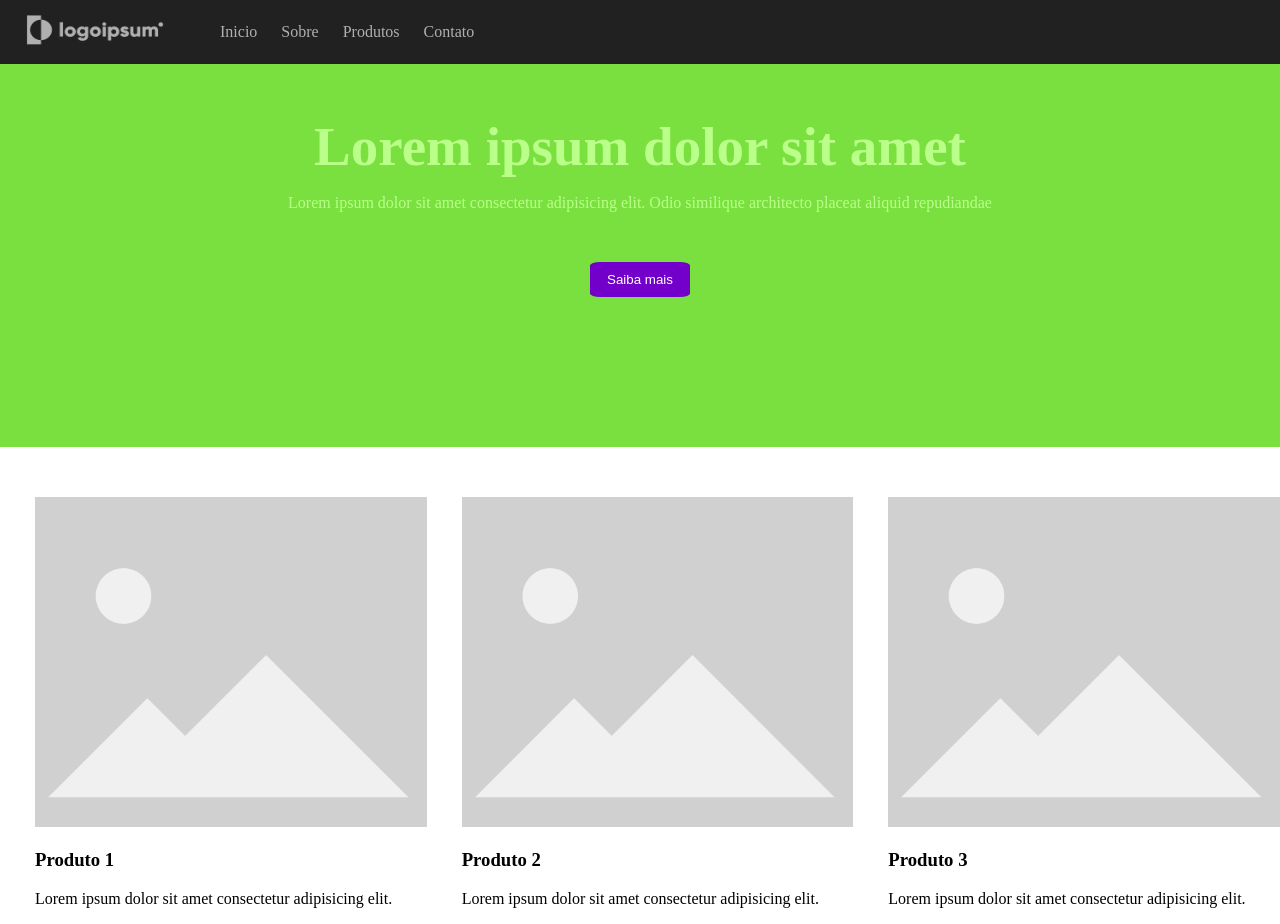
Repository: Carolden/SiteCrie_Ti
Page: index.html
The author's editor kept a copy of each file at every save. The page is drawn from the files as they stood at one save, then again after the next save.
The browser window is 1280 px wide. The pictures show the whole page.

Above is the page before, as saved 2023-04-23 21:05:35.

### index.html
<!DOCTYPE html>
<html lang="pt-BR">
<head>
    <meta charset="UTF-8">
    <meta http-equiv="X-UA-Compatible" content="IE=edge">
    <meta name="viewport" content="width=device-width, initial-scale=1.0">
    <title>Document</title>
    <link rel="stylesheet" type="text/css" href="index.css" media="screen" />
</head>
<body>

    <header>
        <div>
            <img src="images/logo.png" alt="logo" class="logo">
        </div>
        <nav>
            <a href="inicio">Inicio</a>
            <a href="sobre">Sobre</a>
            <a href="produtos">Produtos</a>
            <a href="contato">Contato</a>
        </nav>
    </header>

    <main>

    <section class="banner">
        <h1>Lorem ipsum dolor sit amet</h1>
        <p>Lorem ipsum dolor sit amet consectetur adipisicing elit. Odio similique architecto placeat aliquid repudiandae</p>
        <button>Saiba mais</button>
    </section>

    <section class="produtos">
        <div class="row">
            <div class="column">
                <img src="images/placeholder.png" alt="imagem1">
                <h3>Produto 1</h3>
                <p>Lorem ipsum dolor sit amet consectetur adipisicing elit.</p>
            </div>

            <div class="column">
                <img src="images/placeholder.png" alt="imagem2">
                <h3>Produto 2</h3>
                <p>Lorem ipsum dolor sit amet consectetur adipisicing elit.</p>
            </div>

            <div class="column">
                <img src="images/placeholder.png" alt="imagem3">
                <h3>Produto 3</h3>
                <p>Lorem ipsum dolor sit amet consectetur adipisicing elit.</p>
            </div>
        </div>
    </section>


    </main>





</body>
</html>

### index.css
body {
    border: 0;
    margin: 0;
    padding: 0;
}


header {
    background-color: #212121;
    display: flex;
    align-items: center;
    width: 100%;
    top: 0;
    padding-left: 20px;
    padding-right: 20px;
    box-sizing: border-box;
}

header nav a {
    color: #B0B0B0;
    text-decoration: none;
    padding: 10px;

}

.logo {
    width: 150px;
    height: 60px;
    padding-right: 40px;
}

.banner {
    background-color: rgb(121, 224, 63);
    color: rgb(185, 255, 137);
    text-align: center;
    padding-top: 5px;
    padding-bottom: 150px;

}

button {
    background-color: rgb(114, 0, 202);
    color: #ffffff;
    text-align: center;
    padding: 10px;
    padding-left: 17px;
    padding-right: 17px;
    border-radius: 10%;
    border-style: hidden    ;
}

.banner h1 {
    font-size: 55px;
    margin-bottom: -30px;
}

.banner p {
    padding-bottom: 50px;
    padding-top: 30px;
    margin-bottom: 0px;
}

.produtos {
    display: flex;

}


.row {
    display: flex;
}


.column {
    width: 33%;
    margin-left: 35px;
    margin-top: 50px;
}


.column img {
    width: 100%;
    height: 330px;
    object-fit: cover;
}

After the next save:
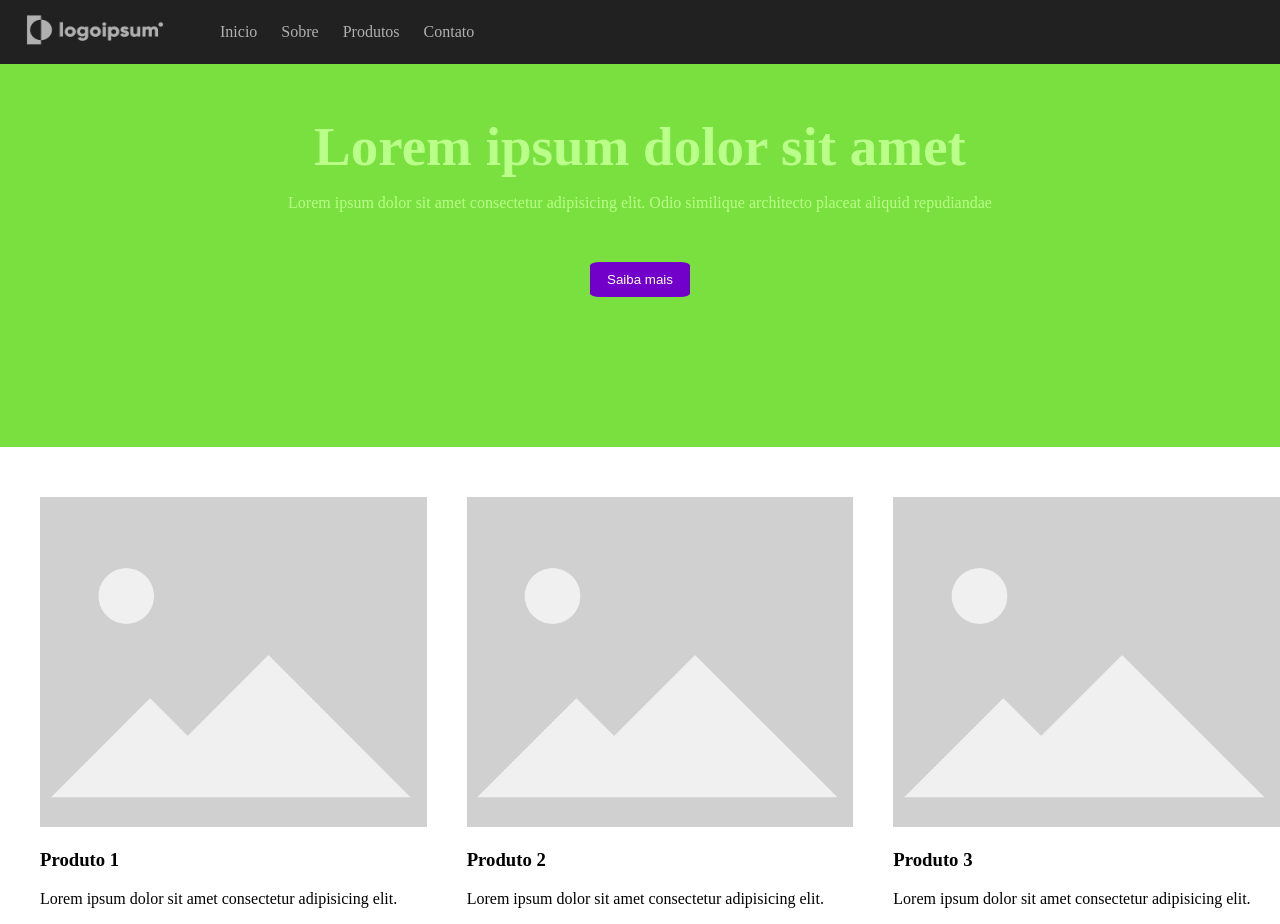
Saved 11 s later.
--- a/index.css
+++ b/index.css
@@ -73,7 +73,7 @@ button {
 
 .column {
     width: 33%;
-    margin-left: 35px;
+    margin-left: 40px;
     margin-top: 50px;
 }
 
